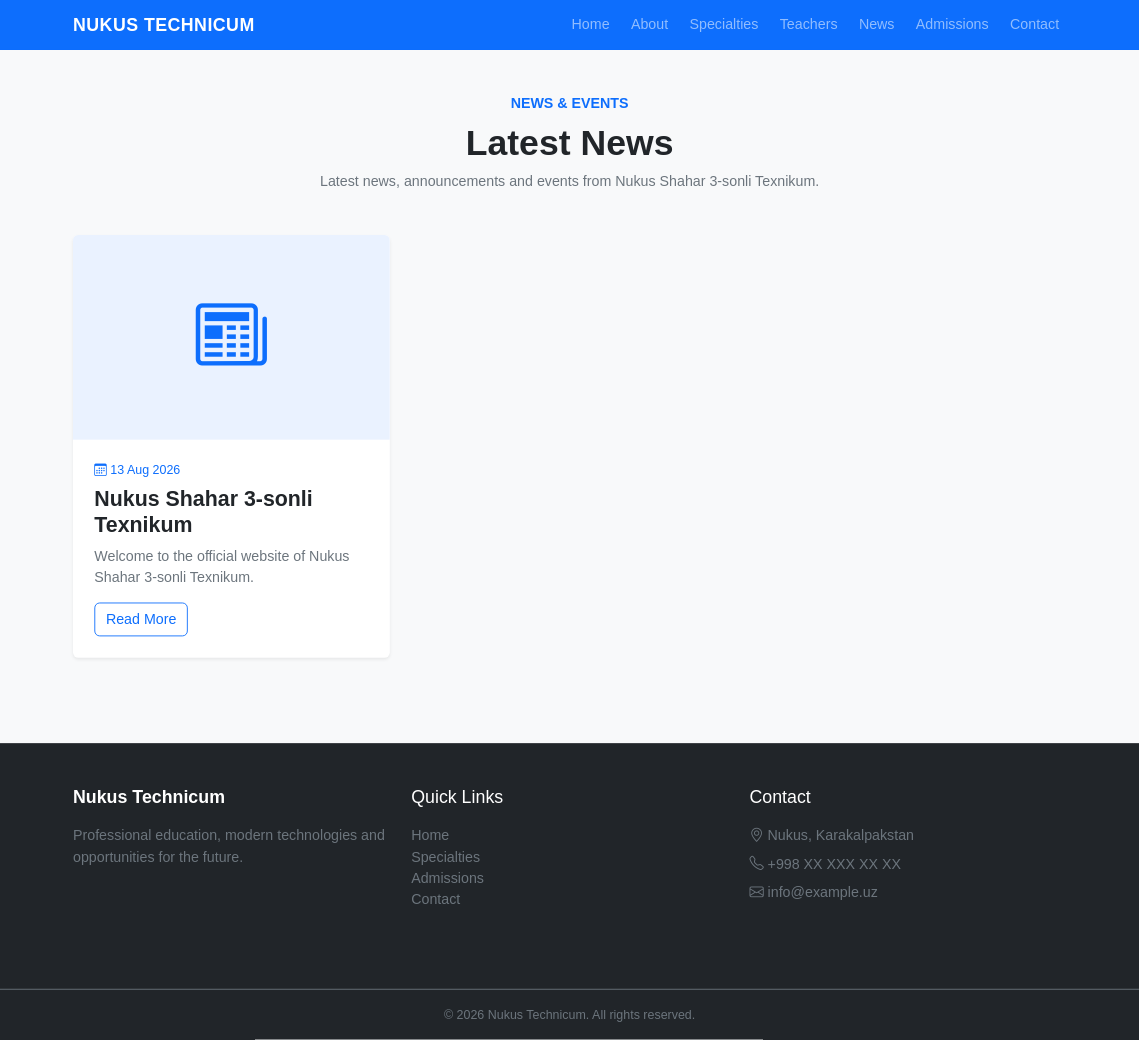
Repository: Neptunescorp/nukus_technicum
Page: http://localhost/news/
An editor plug-in stored every save of this project. The page is shown before and after the next save, followed by the edit.
The browser window is 1280 px wide. The pictures show the whole page, at 89% of full size.
The page is served by the project's application, run on Django 5.2 (manage.py). Other server files are loaded and not shown. The page reads the database file committed with the project.

Above is the page before, as saved 2026-08-13 11:15:34.

### news/templates/news/list.html
{% extends "base.html" %}

{% block title %}
News | Nukus Shahar 3-sonli Texnikum
{% endblock %}


{% block content %}

<section class="py-5">

    <div class="container">

        <div class="text-center mb-5">

            <span class="text-primary fw-semibold">
                NEWS & EVENTS
            </span>

            <h1 class="fw-bold mt-2">
                Latest News
            </h1>

            <p class="text-secondary">
                Latest news, announcements and events
                from Nukus Shahar 3-sonli Texnikum.
            </p>

        </div>


        <div class="row g-4">

            {% for news in news_items %}

            <div class="col-md-6 col-lg-4">

                <article class="card news-card h-100 border-0 shadow-sm">

                    {% if news.image %}

                    <img
                        src="{{ news.image.url }}"
                        class="card-img-top news-image"
                        alt="{{ news.title }}"
                    >

                    {% else %}

                    <div class="news-placeholder">

                        <i class="bi bi-newspaper"></i>

                    </div>

                    {% endif %}


                    <div class="card-body p-4">

                        <div class="small text-primary mb-2">

                            <i class="bi bi-calendar3"></i>

                            {{ news.published_at|date:"d M Y" }}

                        </div>


                        <h4 class="fw-bold">
                            {{ news.title }}
                        </h4>


                        {% if news.short_description %}

                        <p class="text-secondary">
                            {{ news.short_description|truncatewords:25 }}
                        </p>

                        {% else %}

                        <p class="text-secondary">
                            {{ news.content|truncatewords:25 }}
                        </p>

                        {% endif %}


                        <a
                            href="{% url 'news_detail' news.pk %}"
                            class="btn btn-outline-primary"
                        >
                            Read More
                        </a>

                    </div>

                </article>

            </div>

            {% empty %}

            <div class="col-12">

                <div class="text-center py-5">

                    <i
                        class="bi bi-newspaper text-primary"
                        style="font-size:60px;"
                    ></i>

                    <h4 class="mt-3">
                        No news published yet
                    </h4>

                    <p class="text-secondary">
                        News and announcements will appear here.
                    </p>

                </div>

            </div>

            {% endfor %}

        </div>

    </div>

</section>

{% endblock %}

### templates/base.html
{% load static %}

<!DOCTYPE html>
<html lang="en">
<head>
    <meta charset="UTF-8">
    <meta name="viewport" content="width=device-width, initial-scale=1.0">

    <title>{% block title %}Nukus Technicum{% endblock %}</title>

    <!-- Bootstrap -->
    <link
        href="https://cdn.jsdelivr.net/npm/bootstrap@5.3.3/dist/css/bootstrap.min.css"
        rel="stylesheet"
    >

    <!-- Bootstrap Icons -->
    <link
        rel="stylesheet"
        href="https://cdn.jsdelivr.net/npm/bootstrap-icons@1.11.3/font/bootstrap-icons.min.css"
    >

    <!-- Custom CSS -->
    <link rel="stylesheet" href="{% static 'css/style.css' %}">
</head>

<body>

<!-- ================= NAVBAR ================= -->

<nav class="navbar navbar-expand-lg navbar-dark bg-primary sticky-top">
    <div class="container">

        <a class="navbar-brand fw-bold" href="/">
            NUKUS TECHNICUM
        </a>

        <button
            class="navbar-toggler"
            type="button"
            data-bs-toggle="collapse"
            data-bs-target="#mainNavbar"
        >
            <span class="navbar-toggler-icon"></span>
        </button>

        <div class="collapse navbar-collapse" id="mainNavbar">

            <ul class="navbar-nav ms-auto">

                <li class="nav-item">
                    <a class="nav-link" href="/">Home</a>
                </li>

                <li class="nav-item">
                    <a class="nav-link" href="/about/">About</a>
                </li>

                <li class="nav-item">
                    <a class="nav-link" href="/specialties/">Specialties</a>
                </li>

                <li class="nav-item">
                    <a class="nav-link" href="/teachers/">Teachers</a>
                </li>

                <li class="nav-item">
                    <a class="nav-link" href="/news/">News</a>
                </li>

                <li class="nav-item">
                    <a class="nav-link" href="/admissions/">Admissions</a>
                </li>

                <li class="nav-item">
                    <a class="nav-link" href="/contact/">Contact</a>
                </li>

            </ul>

        </div>
    </div>
</nav>


<!-- ================= MAIN CONTENT ================= -->

<main>
    {% block content %}
    {% endblock %}
</main>


<!-- ================= FOOTER ================= -->

<footer class="bg-dark text-white mt-5">

    <div class="container py-5">

        <div class="row">

            <div class="col-md-4 mb-4">

                <h5 class="fw-bold">
                    Nukus Technicum
                </h5>

                <p class="text-secondary">
                    Professional education, modern technologies
                    and opportunities for the future.
                </p>

            </div>


            <div class="col-md-4 mb-4">

                <h5>Quick Links</h5>

                <ul class="list-unstyled">

                    <li>
                        <a href="/" class="text-secondary text-decoration-none">
                            Home
                        </a>
                    </li>

                    <li>
                        <a href="/specialties/" class="text-secondary text-decoration-none">
                            Specialties
                        </a>
                    </li>

                    <li>
                        <a href="/admissions/" class="text-secondary text-decoration-none">
                            Admissions
                        </a>
                    </li>

                    <li>
                        <a href="/contact/" class="text-secondary text-decoration-none">
                            Contact
                        </a>
                    </li>

                </ul>

            </div>


            <div class="col-md-4">

                <h5>Contact</h5>

                <p class="text-secondary mb-2">
                    <i class="bi bi-geo-alt"></i>
                    Nukus, Karakalpakstan
                </p>

                <p class="text-secondary mb-2">
                    <i class="bi bi-telephone"></i>
                    +998 XX XXX XX XX
                </p>

                <p class="text-secondary">
                    <i class="bi bi-envelope"></i>
                    info@example.uz
                </p>

            </div>

        </div>

    </div>


    <div class="border-top border-secondary">

        <div class="container py-3 text-center">

            <small class="text-secondary">
                © 2026 Nukus Technicum. All rights reserved.
            </small>

        </div>

    </div>

</footer>


<!-- Bootstrap JS -->

<script
    src="https://cdn.jsdelivr.net/npm/bootstrap@5.3.3/dist/js/bootstrap.bundle.min.js">
</script>

</body>
</html>

### news/models.py
from django.db import models


class News(models.Model):
    title = models.CharField(max_length=255)

    short_description = models.TextField(
        blank=True
    )

    content = models.TextField()

    image = models.ImageField(
        upload_to="news/",
        blank=True,
        null=True
    )

    published_at = models.DateTimeField(
        auto_now_add=True
    )

    is_published = models.BooleanField(
        default=True
    )

    class Meta:
        ordering = ["-published_at"]
        verbose_name = "News"
        verbose_name_plural = "News"

    def __str__(self):
        return self.title

### news/views.py
from django.shortcuts import render

# Create your views here.
from django.shortcuts import get_object_or_404, render

from .models import News


def news_list(request):
    news_items = News.objects.filter(
        is_published=True
    )

    return render(
        request,
        "news/list.html",
        {
            "news_items": news_items
        }
    )


def news_detail(request, pk):
    news_item = get_object_or_404(
        News,
        pk=pk,
        is_published=True
    )

    return render(
        request,
        "news/detail.html",
        {
            "news_item": news_item
        }
    )

### config/urls.py
from django.conf import settings
from django.conf.urls.static import static
from django.contrib import admin
from django.urls import include, path


urlpatterns = [
    path("admin/", admin.site.urls),

    path("", include("core.urls")),

    path(
        "specialties/",
        include("specialties.urls")
    ),
    path(
        "teachers/",
        include("teachers.urls")
    ),
     path(
        "news/",
        include("news.urls")
    ),

    path(
        "gallery/",
        include("gallery.urls")
    ),
]


if settings.DEBUG:
    urlpatterns += static(
        settings.MEDIA_URL,
        document_root=settings.MEDIA_ROOT
    )

### core/urls.py
from django.urls import path
from .views import home

urlpatterns = [
    path("", home, name="home"),
]

### specialties/urls.py
from django.urls import path
from .views import specialty_list, specialty_detail


urlpatterns = [
    path("", specialty_list, name="specialty_list"),
    path(
        "<int:pk>/",
        specialty_detail,
        name="specialty_detail"
    ),
]

### teachers/urls.py
from django.urls import path
from .views import teacher_list, teacher_detail


urlpatterns = [
    path("", teacher_list, name="teacher_list"),

    path(
        "<int:pk>/",
        teacher_detail,
        name="teacher_detail"
    ),
]

### news/urls.py
from django.urls import path

from .views import news_detail, news_list


urlpatterns = [
    path("", news_list, name="news_list"),

    path(
        "<int:pk>/",
        news_detail,
        name="news_detail"
    ),
]

### gallery/urls.py
from django.urls import path
from .views import gallery_list


urlpatterns = [
    path("", gallery_list, name="gallery_list"),
]

### static/css/style.css
body {
    font-family: Arial, sans-serif;
    background-color: #f8f9fa;
}

.navbar-brand {
    letter-spacing: 0.5px;
}

.navbar .nav-link {
    font-weight: 500;
    margin-left: 8px;
}

.navbar .nav-link:hover {
    opacity: 0.8;
}

footer {
    margin-top: 80px;
}

footer h5 {
    margin-bottom: 20px;
}

footer a:hover {
    color: white !important;
}

.teacher-card {
    overflow: hidden;
    transition: transform 0.3s ease,
                box-shadow 0.3s ease;
}

.teacher-card:hover {
    transform: translateY(-6px);
}

.teacher-photo {
    width: 100%;
    height: 300px;
    object-fit: cover;
}

.teacher-placeholder {
    height: 300px;

    display: flex;
    align-items: center;
    justify-content: center;

    background: #eaf2ff;

    color: #0d6efd;

    font-size: 100px;
}

.teacher-detail-photo {
    width: 100%;
    max-width: 350px;
    height: 400px;
    object-fit: cover;
}

.teacher-detail-placeholder {
    width: 350px;
    max-width: 100%;
    height: 400px;

    margin: auto;

    display: flex;
    align-items: center;
    justify-content: center;

    background: #eaf2ff;

    color: #0d6efd;

    font-size: 130px;

    border-radius: 15px;
}

.news-card {
    overflow: hidden;

    transition:
        transform 0.3s ease,
        box-shadow 0.3s ease;
}

.news-card:hover {
    transform: translateY(-6px);
}

.news-image {
    width: 100%;
    height: 230px;
    object-fit: cover;
}

.news-placeholder {
    height: 230px;

    display: flex;
    align-items: center;
    justify-content: center;

    background: #eaf2ff;

    color: #0d6efd;

    font-size: 80px;
}

.news-detail-image {
    width: 100%;
    max-height: 500px;
    object-fit: cover;
}

.news-content {
    font-size: 1.05rem;
    line-height: 1.8;
}

.gallery-card {
    position: relative;

    overflow: hidden;

    border-radius: 12px;

    background: white;

    box-shadow: 0 5px 20px rgba(0, 0, 0, 0.08);

    transition:
        transform 0.3s ease,
        box-shadow 0.3s ease;
}

.gallery-card:hover {
    transform: translateY(-5px);

    box-shadow: 0 10px 30px rgba(0, 0, 0, 0.12);
}

.gallery-image {
    display: block;

    width: 100%;

    height: 230px;

    object-fit: cover;

    transition: transform 0.4s ease;
}

.gallery-card:hover .gallery-image {
    transform: scale(1.05);
}

.gallery-caption {
    padding: 15px;

    background: white;
}

.gallery-caption small {
    color: #6c757d;
}

### db.sqlite3 (the tables this page reads, as SQL)
CREATE TABLE "news_news" ("id" integer NOT NULL PRIMARY KEY AUTOINCREMENT, "title" varchar(255) NOT NULL, "short_description" text NOT NULL, "content" text NOT NULL, "image" varchar(100) NULL, "published_at" datetime NOT NULL, "is_published" bool NOT NULL);
INSERT INTO "news_news" VALUES
(1, 'Nukus Shahar 3-sonli Texnikum', 'Welcome to the official website of Nukus Shahar 3-sonli Texnikum.', 'This is a test news article for the new technicum website.', '', '2026-08-13 06:03:09.733674', 1);

After the next save:
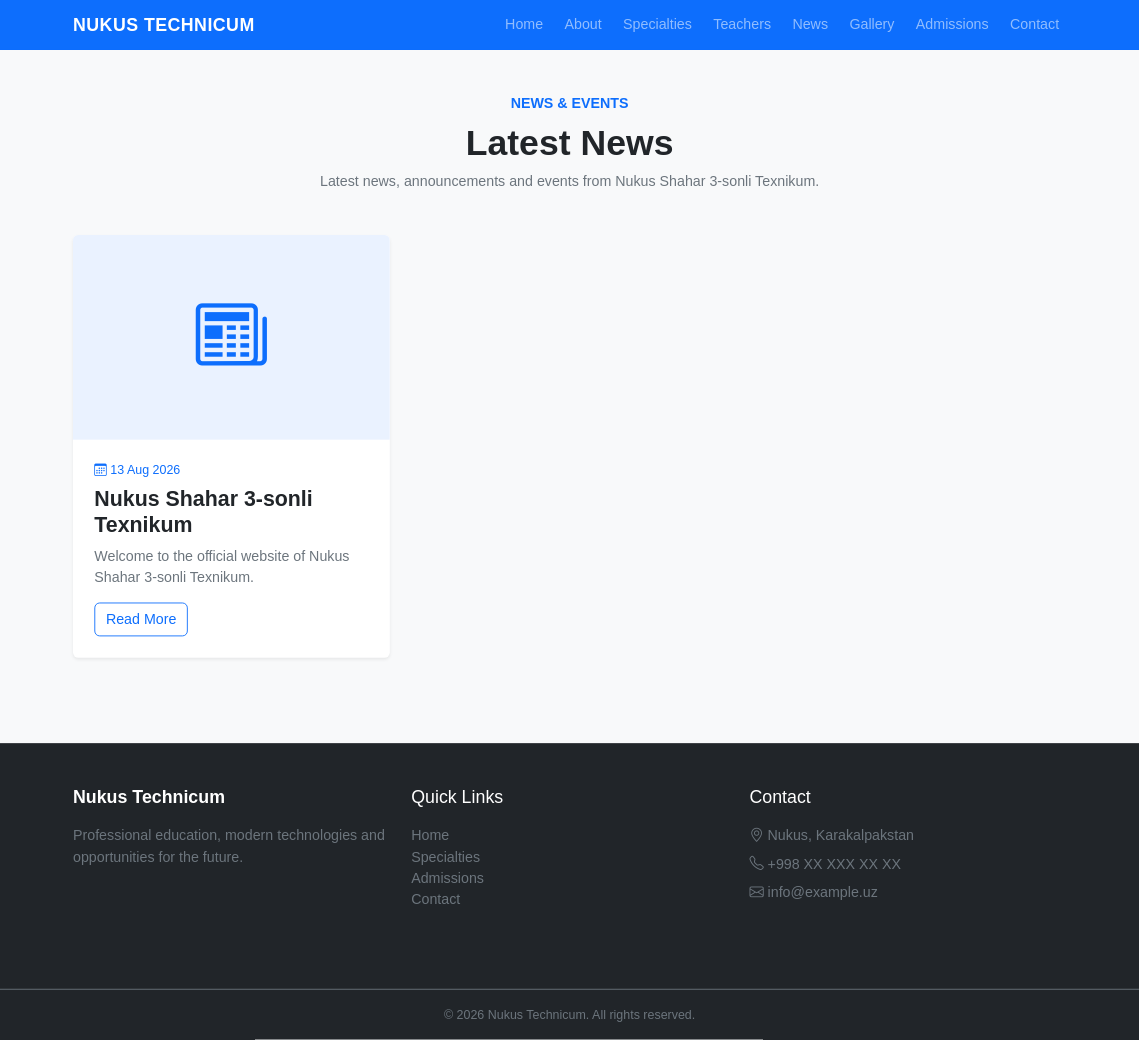
Saved 106 s later.
--- a/templates/base.html
+++ b/templates/base.html
@@ -69,6 +69,12 @@
                 </li>
 
                 <li class="nav-item">
+                    <a class="nav-link" href="/gallery/">
+                        Gallery
+                    </a>
+                </li>
+
+                <li class="nav-item">
                     <a class="nav-link" href="/admissions/">Admissions</a>
                 </li>
 
